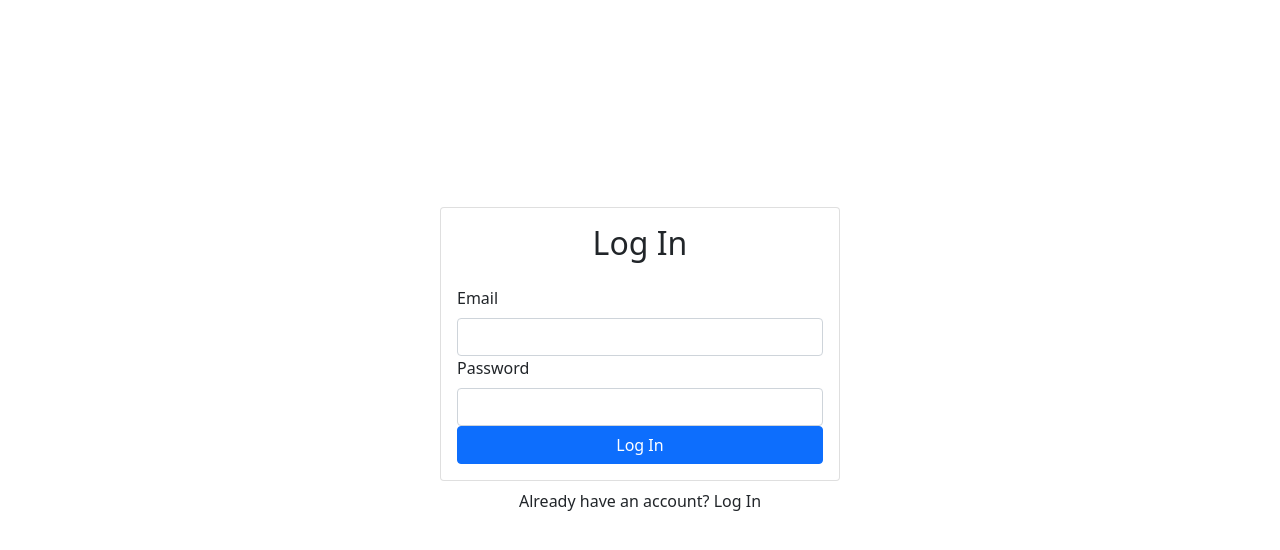
Repository: SirZeck/gg-drive
Page: /login
The author's editor kept a copy of each file at every save. The page is drawn from the files as they stood at one save, then again after the next save.
The browser window is 1280 px wide. The pictures show the whole page.
The project was rebuilt for these pictures with package versions that can differ from the ones it lists, and the page was loaded fresh each time. Also part of the build but not shown: src/components/Signup.js, src/components/Dashboard.js.

Above is the page before, as saved 2021-09-28 17:11:38.

### src/index.js
import React from 'react';
import ReactDOM from 'react-dom';
import App from "./components/App";
import "bootstrap/dist/css/bootstrap.min.css"


ReactDOM.render(
  <React.StrictMode>
    <App />
  </React.StrictMode>,
  document.getElementById('root')
);

### src/components/App.js
//import React from "react";

import Signup from "./Signup";
import { Container } from "react-bootstrap"
import { AuthProvider } from "../contexts/AuthContext"
import { BrowserRouter as Router, Switch, Route } from "react-router-dom"
import Dashboard from "./Dashboard";
import Login from "./Login";

function App() {
  return (
  <AuthProvider>
    <Container
      className="d-flex align-items-center justify-content-center"
      style={{ minHeight: "100vh" }}
    >
      <div className="w-100" style={{ maxWidth: "400px" }}>
        <Router>
          <AuthProvider>
            <Switch>
              <Route exact path="/" component={Dashboard} />
              <Route path="/signup" component={Signup} />
              <Route path="/login" component={Login} />
            </Switch>
          </AuthProvider>
        </Router>
      </div>

    </Container>
  </AuthProvider>
  )
}

export default App;

### src/contexts/AuthContext.js
import React, { useContext, useEffect, useState } from 'react'
import { auth } from '../compat/firebase'

const AuthContext = React.createContext()

export function useAuth() {
    return useContext(AuthContext)
}

export function AuthProvider({ children }) {
    const [currentUser, setCurrentUser] = useState()
    const [loading, setLoading] = useState(true)

    function signup(email, password) {
        return auth.createUserWithEmailAndPassword(email, password)
    }

    useEffect (() => {
        const unsubscribe = auth.onAuthStateChanged(user => {
            setCurrentUser(user)
            setLoading(false)
        })
        return unsubscribe
    },[])


    const value = {
        currentUser, signup
    }

    return (
        <AuthContext.Provider value={value}>
            {!loading && children}
        </AuthContext.Provider>
    )
}

### src/components/Login.js
import React, { useRef, useState } from 'react'
import { Form, Button, Card, Alert } from 'react-bootstrap'
import { useAuth } from '../contexts/AuthContext'

export default function Login() {
    const emailRef = useRef()
    const passwordRef = useRef()
    const { signup } = useAuth()
    const [error, setError] = useState('')
    const [loading, setLoading] = useState(false)

    async function handleSubmit(e) {
        e.preventDefault()

        try {
            setError('')
            setLoading(true)
            await signup(emailRef.current.value, passwordRef.current.value)
        } catch {
            setError('Failed to create an account')
        }

        setLoading(false)
    }

    return (
        <>
            <Card>
                <Card.Body>
                    <h2 className="text-center mb-4">Log In</h2>
                    {error && <Alert variant="danger">{error}</Alert>}
                    <Form onSubmit={handleSubmit}>
                        <Form.Group id="email">
                            <Form.Label>Email</Form.Label>
                            <Form.Control type="email" ref={emailRef} required />
                        </Form.Group>

                        <Form.Group id="password">
                            <Form.Label>Password</Form.Label>
                            <Form.Control type="password" ref={passwordRef} required />
                        </Form.Group>

                        <Button disabled={loading} className="w-100" type="submit">
                            Log In
                        </Button>
                    </Form>
                </Card.Body>
            </Card>

            <div className="w-100 text-center mt-2">
                Already have an account? Log In
            </div>
        </>
    )
}

### src/compat/firebase.js
import firebase from 'firebase/compat/app'
import 'firebase/compat/auth'

const app = firebase.initializeApp({
    apiKey: process.env.REACT_APP_FIREBASE_API_KEY,
    authDomain: process.env.REACT_APP_FIREBASE_AUTH_DOMAIN,
    databaseURL: process.env.REACT_APP_FIREBASE_DATABASE,
    projectId: process.env.REACT_APP_FIREBASE_PROJECT_ID,
    storageBucket: process.env.REACT_APP_FIREBASE_STORAGE_BUCKET,
    messagingSenderId: process.env.REACT_APP_FIREBASE_MESSAGING_SENDER_ID,
    appId: process.env.REACT_APP_FIREBASE_APP_ID
})

export const auth = app.auth()
export default app

Loaded but not shown: public/index.html (common file)

After the next save:
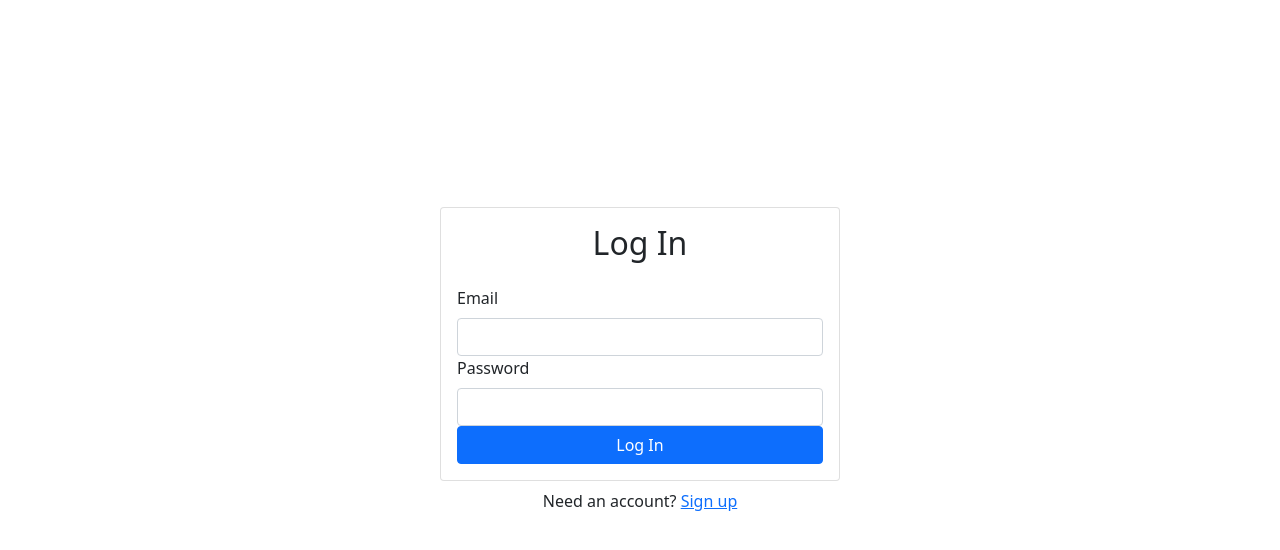
Saved 68 s later.
--- a/src/components/Login.js
+++ b/src/components/Login.js
@@ -1,6 +1,7 @@
 import React, { useRef, useState } from 'react'
 import { Form, Button, Card, Alert } from 'react-bootstrap'
 import { useAuth } from '../contexts/AuthContext'
+import { Link } from 'react-router-dom'
 
 export default function Login() {
     const emailRef = useRef()
@@ -48,7 +49,7 @@ export default function Login() {
             </Card>
 
             <div className="w-100 text-center mt-2">
-                Already have an account? Log In
+                Need an account? <Link to="/signup">Sign up</Link>
             </div>
         </>
     )
